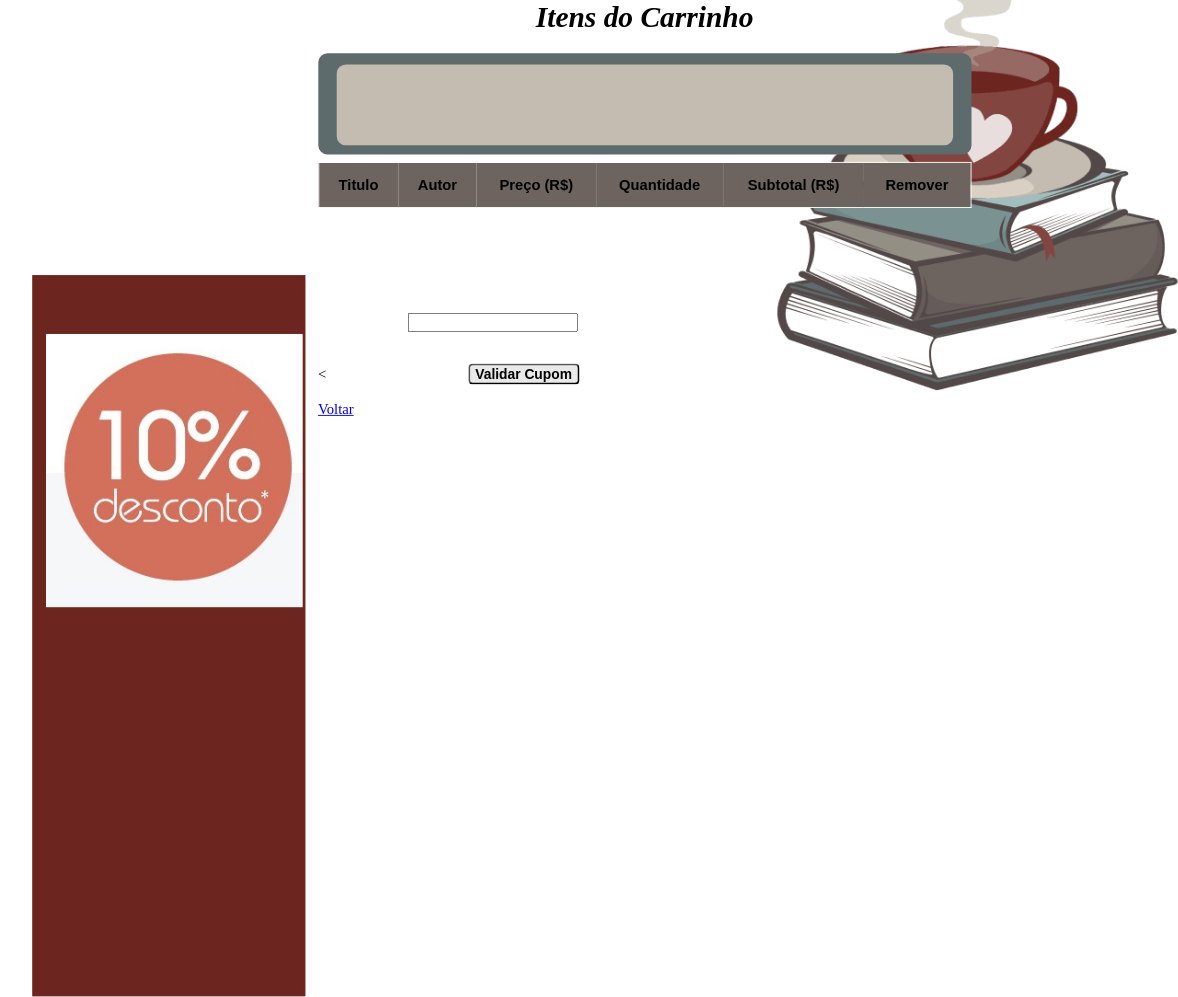
Repository: gabriellacrystina/ProjetoTegra
Page: http://localhost/book-store/meuCarrinho.jsp
The author's editor kept a copy of each file at every save. The page is drawn from the files as they stood at one save, then again after the next save.
The browser window is 1280 px wide. The pictures show the whole page, at 92% of full size.
The page is served by Tomcat 9. Nobody is signed in. The application's start-up code is not run. Other server files are loaded and not shown. The template is opened directly, without the code that normally fills it, so the values that code supplies are empty.

Above is the page before, as saved 2016-07-07 19:52:03.

### book-store/WebContent/meuCarrinho.jsp
<%@ page language="java" contentType="text/html; charset=ISO-8859-1"
    pageEncoding="ISO-8859-1"%>
<%@ page import="model.Item" %>
<%@ page import="java.util.ArrayList" %>
<%@ taglib uri="http://java.sun.com/jsp/jstl/core" prefix="c" %>

<!DOCTYPE html PUBLIC "-//W3C//DTD HTML 4.01 Transitional//EN" "http://www.w3.org/TR/html4/loose.dtd">
<html>
	<head>
		<meta http-equiv="Content-Type" content="text/html; charset=ISO-8859-1">
		<link rel="stylesheet" type="text/css" href="book-store-style.css">
		<title>Carrinho</title>
	</head>
	<body>
			<h1>Itens do Carrinho</h1>
			<div class="my-cart">
				<div class="carrinho">

				</div>
			</div>
			<table id="tbl-books">
			  <tr>
			    <th>Titulo</th>
			    <th>Autor</th>
			    <th>Preço (R$)</th>
			    <th>Quantidade</th>
			    <th>Subtotal (R$)</th>
			    <th>Remover</th>
			  </tr>
		  		<c:forEach var="item" items="${listaItens}">
		  			<tr class="livros">
						<td class="nome-livro">${item.getProduto().getTitulo()}</td>
						<td class="nome-autor">${item.getProduto().getAutor()}</td>
						<td class="preco">${item.getProduto().getPreco()}</td>
						<td class="quantidade">${item.getQuantidade()}</td>
						<td class="subtotal">${item.getSubtotal()}</td>
						<td>
							<form action="MeuCarrinho" method="post">
								<input type="hidden" name="id-livro" value="${item.getProduto().getId()}"/>
								<button class="btn btn-comprar" type="submit">Remover</button>
							</form>
						</td>
					</tr>
		  		</c:forEach>
			</table>
			<br><br><br>
			<div class="cupom">
				<div class="desconto">
					<img alt="15px" src="desconto.jpg" />
				</div>
				<h3>Possui cumpom de desconto?</h3>
				<p>Informe aqui: <input type="text" maxlength="15"></p>
				<br><
				<button class="btn" type="submit">Validar Cupom</button>
			</div>
			<br><a href="index.jsp">Voltar</a>
	</body>
</html>

### book-store/WebContent/book-store-style.css
@CHARSET "ISO-8859-1";

body {
	background-image: url("img/back.png");
	background-repeat: no-repeat;
	background-position: right top;
	background-attachment: initial;
    width: 710px;
    margin-top: 0px;
    margin-left: 27%;
	margin-right: auto;
}

h1 {
	font-style: oblique;
	text-align: center;
    color: #000000;
    margin-top: 0px;
    font-family: cursive;
}

h2{
	text-align: center;
	font-family: cursive;
    font-size: -webkit-xxx-large;
    color: #5D6B6C;
}

h5{
	color: #000000;
	font-size: x-large;
}

h4{
	color: #1b1919;
	text-align: center;
    font-size: x-large;
    font-family: cursive;

}

#tbl-books {
	width: 100%;
	font-family: "Arial", "Helvetica", sans-serif;
	border: 1px solid #ffffff;
    border-collapse: collapse;
}

#tbl-books tr:nth-child(even){
	background-color: #FFFFFF
}

#tbl-books tr:nth-child(odd){
	background-color: #6D6460;
}

th, td {
    padding: 15px;
    text-align: center;
}


.nome-livro{
	text-align: left;
}

.my-cart{
	width: 100%;
	height: 110px;
	border-radius: 10px;
    padding: 12px 20px;
    margin: 8px 0;
    box-sizing: border-box;
	background-color: #5D6B6C;
	margin-left: auto;
	margin-right: auto;
}
.cart{
	float: right;
	background-color: #c4bcb0;
	border-radius: 10px;
	padding-left: 10px;
	padding-bottom: 5px;
	margin-left: auto;
	margin-right: auto;
}

.carrinho{
	background-color: #c4bcb0;
	height: 90%;
	text-align: left;
	border-radius: 10px;
	padding-top: 10px;
	padding-left: 10px;
	padding-right: 10px;
	font: small-caption;
    font-weight: 700;
}

#lbl-meu-carrinho{
	font-size: 20px;
	font-weight: bold;
}

.btn {
	font-family: "Arial", "Helvetica", sans-serif;
	border-radius: 5px;
	font-size: 15px;
	font-weight: bold;
	margin-left: 150px;
	margin-right: 5px;
	background-color: #e9e9e9;
}

.btn-comprar{
	margin-left: 10%;
}

.btn-validarCumpom{
	margin-left: 60%;
}

.btn-concluirCompra{
	float: right;
	margin-top: -10px;
	margin-left: 70%;
}
.it-carrinho{
	margin-right: 150px;
}

.img-desconto{
	background-image: url("img/desconto.jpg");
	width: 10%;
	top:5px;
	left:20px;
	position:absolute;
}

#img-descricao{
	color: #ffffff;
	font-size: 10px;
}

h3, p{
	color: #ffffff;
	font-family: "Arial", "Helvetica", serif;
}

.desconto{
	margin-top: 0px;
	background-color: #6D2520;
	width: 22%;
	height: 100%;
	left:35px;
	text-align: left;
	padding-top: 5%;
	padding-left: 15px;
	position:absolute;
}

#img-desconto{
	padding-top: 20%;
	width: 100%;

}
.titulo-livro{
	font-size: larger;
}

After the next save:
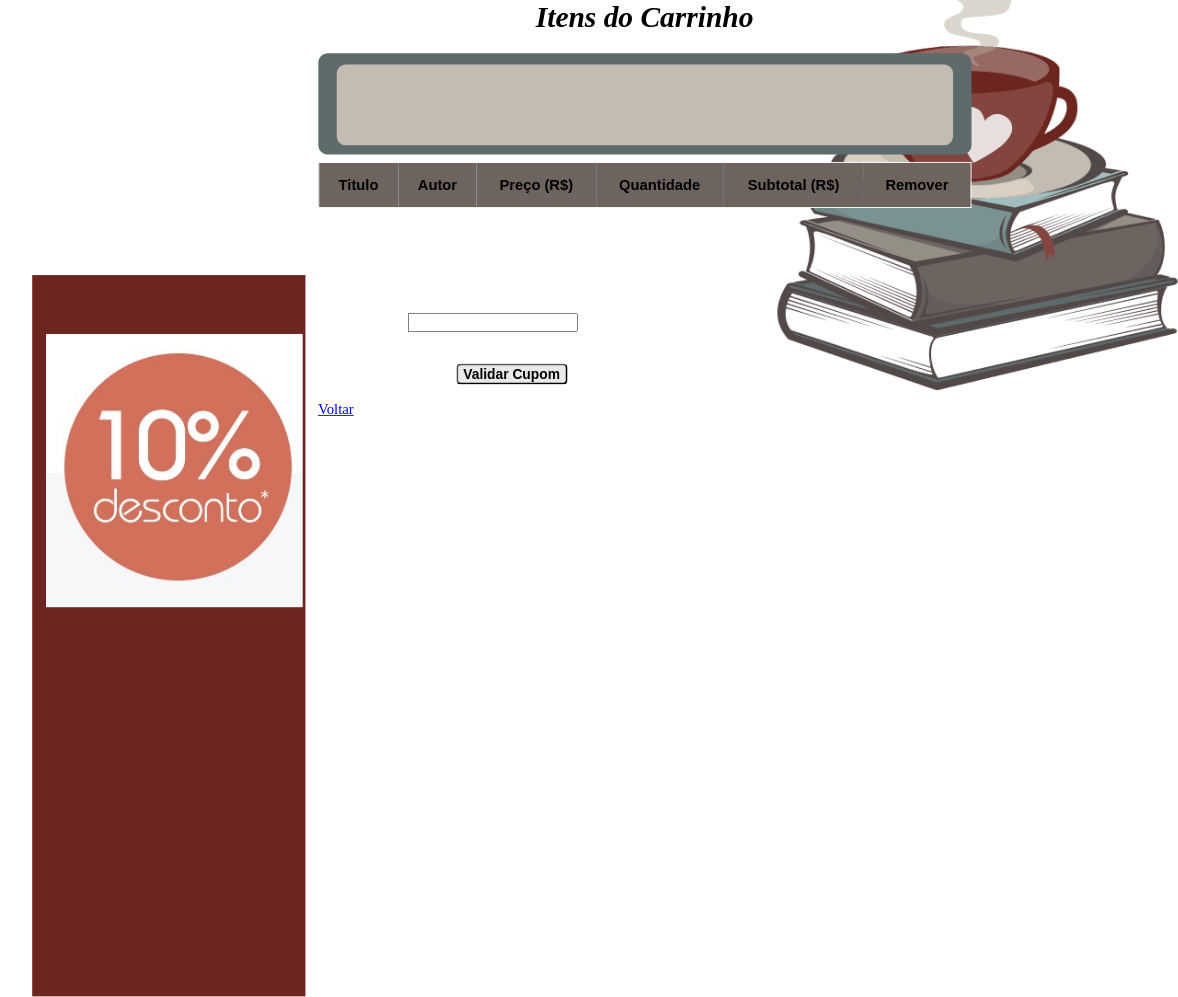
Saved 8 s later.
--- a/book-store/WebContent/meuCarrinho.jsp
+++ b/book-store/WebContent/meuCarrinho.jsp
@@ -50,7 +50,7 @@
 				</div>
 				<h3>Possui cumpom de desconto?</h3>
 				<p>Informe aqui: <input type="text" maxlength="15"></p>
-				<br><
+				<br>
 				<button class="btn" type="submit">Validar Cupom</button>
 			</div>
 			<br><a href="index.jsp">Voltar</a>
